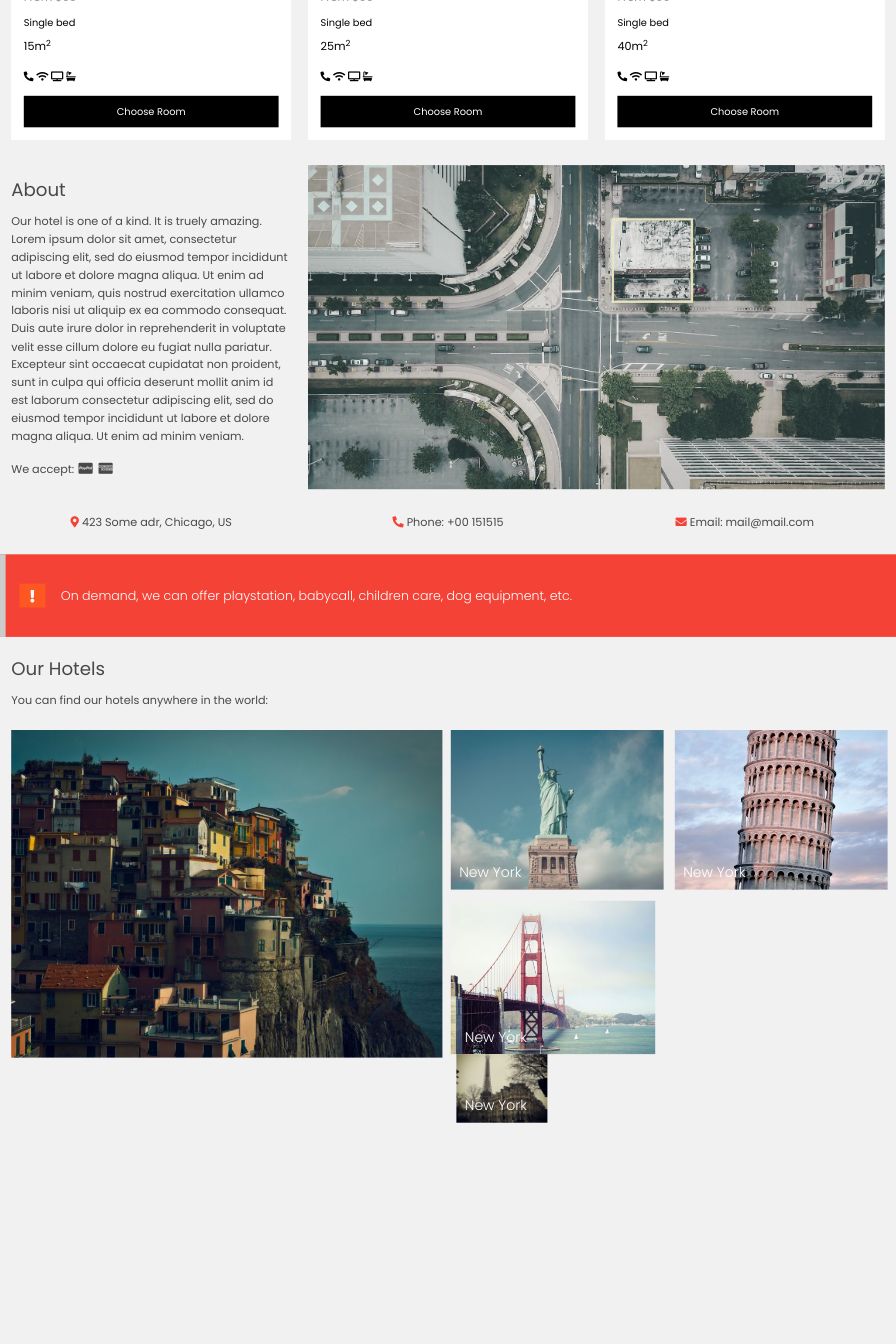
Repository: phamhuuloc/Travel_Template
Page: index.html
The author's editor kept a copy of each file at every save. The page is drawn from the files as they stood at one save, then again after the next save.
The browser window is 1280 px wide. The pictures show the part of the page from y = 1317 to 3237 px (the page is 3237 px tall before and 3148 px after), at 70% of full size.
The style sheet was rebuilt from its Sass, Less or Tailwind sources for each picture, by a compiler version that may differ from the author's.

Above is the page before, as saved 2021-09-18 15:39:02.

### index.html
<!DOCTYPE html>
<html lang="en">
  <head>
    <meta charset="UTF-8" />
    <meta http-equiv="X-UA-Compatible" content="IE=edge" />
    <meta name="viewport" content="width=device-width, initial-scale=1.0" />
    <title>Document</title>
    <!-- FONT AWESOME -->
    <link
      rel="stylesheet"
      href="https://cdnjs.cloudflare.com/ajax/libs/font-awesome/5.15.4/css/all.min.css"
      integrity="sha512-1ycn6IcaQQ40/MKBW2W4Rhis/DbILU74C1vSrLJxCq57o941Ym01SwNsOMqvEBFlcgUa6xLiPY/NS5R+E6ztJQ=="
      crossorigin="anonymous"
      referrerpolicy="no-referrer"
    />
    <!-- GOOGLE FONT -->
    <link
      href="https://fonts.googleapis.com/css2?family=Poppins:wght@50;300;400&display=swap"
      rel="stylesheet"
    />
    <!-- CSS -->
    <link rel="stylesheet" href="./assets/resets.css" />
    <link rel="stylesheet" href="./assets/grid.css" />
    <link rel="stylesheet" href="./assets/main.css" />
  </head>
  <body>
    <div class="grids">
      <header class="header">
        <div class="logo">
          <i class="fas fa-bed logo__icon"></i>
          Logo
        </div>
        <div class="header__menu">
          <ul class="header__menu-list">
            <li class="header__menu-item">Rooms</li>
            <li class="header__menu-item">About</li>
            <li class="header__menu-item">Contact</li>
          </ul>
          <button class="btn book-btn">Book Nows</button>
        </div>
      </header>
      <section class="intro">
        <img src="./assets/img/hotel.jpg" alt="" class="intro__img" />
        <form class="form-login">
          <div class="form-login__heading">
            <i class="fas fa-bed logo__icon intro-icon"></i>
            <h2 class="form-login__name">Hotel name</h2>
          </div>
          <div class="form-container">
            <div class="row">
              <div class="form__item col l-6">
                <label class="form__item-category">
                  <i class="far fa-calendar form__item-icon"></i>
                  Check Ins
                </label>
                <input
                  type="text"
                  class="form__item-input"
                  placeholder="DD MM YY"
                />
              </div>
              <div class="form__item col l-6">
                <label class="form__item-category">
                  <i class="far fa-calendar form__item-icon"></i>
                  Check Out
                </label>
                <input
                  type="text"
                  class="form__item-input"
                  placeholder="DD MM YY"
                />
              </div>
            </div>
            <div class="row">
              <div class="form__item col l-6">
                <label class="form__item-category">
                  <i class="fas fa-male form__item-icon"></i>
                  Adults
                </label>
                <input
                  type="number"
                  value="1"
                  min="1"
                  max="6"
                  class="form__item-input"
                />
              </div>
              <div class="form__item col l-6">
                <label class="form__item-category">
                  <i class="fas fa-child form__item-icon"></i>
                  Kids
                </label>
                <input
                  type="number"
                  value="0"
                  min="0"
                  max="6"
                  class="form__item-input"
                />
              </div>
            </div>
            <button class="search-btn">
              <i class="fas fa-search search-icon"></i>Search availability
            </button>
          </div>
        </form>
      </section>

      <section class="option-room">
        <div class="option-container">
          <h3 class="option-container__title">Rooms</h3>
          <span class="option-container__desc"
            >Make yourself at home is our slogan. We offer the best beds in the
            industry. Sleep well and rest well.</span
          >
          <!-- FORM LOGIN  -->
          <div class="form-container option-container__form">
            <div class="row">
              <div class="form__item col l-3">
                <label class="form__item-category">
                  <i class="far fa-calendar form__item-icon"></i>
                  Check Ins
                </label>
                <input
                  type="text"
                  class="form__item-input"
                  placeholder="DD MM YY"
                />
              </div>
              <div class="form__item col l-3">
                <label class="form__item-category">
                  <i class="far fa-calendar form__item-icon"></i>
                  Check Out
                </label>
                <input
                  type="text"
                  class="form__item-input"
                  placeholder="DD MM YY"
                />
              </div>
              <div class="form__item col l-2">
                <label class="form__item-category">
                  <i class="fas fa-male form__item-icon"></i>
                  Adults
                </label>
                <input
                  type="number"
                  value="1"
                  min="1"
                  max="6"
                  class="form__item-input"
                />
              </div>
              <div class="form__item col l-2">
                <label class="form__item-category">
                  <i class="fas fa-child form__item-icon"></i>
                  Kids
                </label>
                <input
                  type="number"
                  value="0"
                  min="0"
                  max="6"
                  class="form__item-input"
                />
              </div>
              <!-- BUTTON F0RM LOGIN -->
              <div class="form__item col l-2">
                <label class="form__item-category">
                  <i class="fas fa-search"></i> Search</label
                >
                <button class="search-btn search-btn--full">Search</button>
              </div>
            </div>
          </div>
          <div class="category-room">
            <ul class="category-room__list row">
              <li class="category-room__item col l-4">
                <img
                  src="./assets/img/room_single.jpg"
                  alt=""
                  class="category-room__img"
                />
                <div class="category-room__details">
                  <h3 class="category-room__title">Single Room</h3>
                  <span class="category-room__price">From $99</span>
                  <span class="category-room__charac">Single bed</span>
                  <span class="category-room__area">15m<sup>2</sup></span>
                  <span class="category-room__function">
                    <i class="fas fa-phone-alt"></i>
                    <i class="fas fa-wifi"></i>
                    <i class="fas fa-tv"></i>
                    <i class="fas fa-bath"></i>
                  </span>
                  <button class="btn btn-choose">Choose Room</button>
                </div>
              </li>
              <li class="category-room__item col l-4">
                <img
                  src="./assets/img/room_double.jpg"
                  alt=""
                  class="category-room__img"
                />
                <div class="category-room__details">
                  <h3 class="category-room__title">Double Room</h3>
                  <span class="category-room__price">From $99</span>
                  <span class="category-room__charac">Single bed</span>
                  <span class="category-room__area">25m<sup>2</sup></span>
                  <span class="category-room__function">
                    <i class="fas fa-phone-alt"></i>
                    <i class="fas fa-wifi"></i>
                    <i class="fas fa-tv"></i>
                    <i class="fas fa-bath"></i>
                  </span>
                  <button class="btn btn-choose">Choose Room</button>
                </div>
              </li>
              <li class="category-room__item col l-4">
                <img
                  src="./assets/img/room_deluxe.jpg"
                  alt=""
                  class="category-room__img"
                />
                <div class="category-room__details">
                  <h3 class="category-room__title">Deluxe Room</h3>
                  <span class="category-room__price">From $99</span>
                  <span class="category-room__charac">Single bed</span>
                  <span class="category-room__area">40m<sup>2</sup></span>
                  <span class="category-room__function">
                    <i class="fas fa-phone-alt"></i>
                    <i class="fas fa-wifi"></i>
                    <i class="fas fa-tv"></i>
                    <i class="fas fa-bath"></i>
                  </span>
                  <button class="btn btn-choose">Choose Room</button>
                </div>
              </li>
            </ul>
          </div>
        </div>
      </section>
      <section class="local">
        <div class="row">
          <div class="local__container col l-4">
            <h4 class="local__title">About</h4>
            <p class="local__detail">
              Our hotel is one of a kind. It is truely amazing. Lorem ipsum
              dolor sit amet, consectetur adipiscing elit, sed do eiusmod tempor
              incididunt ut labore et dolore magna aliqua. Ut enim ad minim
              veniam, quis nostrud exercitation ullamco laboris nisi ut aliquip
              ex ea commodo consequat. Duis aute irure dolor in reprehenderit in
              voluptate velit esse cillum dolore eu fugiat nulla pariatur.
              Excepteur sint occaecat cupidatat non proident, sunt in culpa qui
              officia deserunt mollit anim id est laborum consectetur adipiscing
              elit, sed do eiusmod tempor incididunt ut labore et dolore magna
              aliqua. Ut enim ad minim veniam.
            </p>
            <p class="local__payment-methods">
              We accept:
              <i class="fab fa-cc-paypal local__payment-icon"></i>
              <i class="fab fa-cc-amex local__payment-icon"></i>
            </p>
          </div>
          <img src="./assets/img/map.jpg" alt="" class="col l-8 local__img" />
        </div>
        <div class="local__contact row">
          <div class="local__contact-item col l-4">
            <i class="fas fa-map-marker-alt local__contact-icon"></i>
            423 Some adr, Chicago, US
          </div>
          <div class="local__contact-item col l-4">
            <i class="fas fa-phone-alt local__contact-icon"></i>
            Phone: +00 151515
          </div>
          <div class="local__contact-item col l-4">
            <i class="fas fa-envelope local__contact-icon"></i>
            Email: mail@mail.com
          </div>
        </div>
      </section>
      <div class="demand">
        <i class="fas fa-exclamation demand__icon"></i>
        <p class="demand__desc">
          On demand, we can offer playstation, babycall, children care, dog
          equipment, etc.
        </p>
      </div>
      <section class="our-hotels">
        <h3 class="our-hotels__title">Our Hotels</h3>
        <p class="our-hotels__desc">
          You can find our hotels anywhere in the world:
        </p>
        <div class="row sm-gutter">
          <div class="col l-6">
            <img
              src="./assets/img/cinqueterre.jpg"
              alt=""
              class="our-hotel__img"
            />
          </div>
          <div class="col l-6">
            <div class="our-hotel__extend">
              <div class="row our-hotels__extend-item">
                <div class="our-hotels__container col l-6">
                  <img src="./assets/img/newyork2.jpg" alt="" class="" />
                  <span class="our-hotels__container-name">New York</span>
                </div>
                <div class="our-hotels__container col l-6">
                  <img src="./assets/img/pisa.jpg" alt="" class="" />
                  <span class="our-hotels__container-name">New York</span>
                </div>
              </div>
              <div class="row our-hotels__extend-item col l-6">
                <div class="our-hotels__container">
                  <img src="./assets/img/sanfran.jpg" alt="" class="" />
                  <span class="our-hotels__container-name">New York</span>
                </div>
                <div class="our-hotels__container col l-6">
                  <img src="./assets/img/paris.jpg" alt="" class="" />
                  <span class="our-hotels__container-name">New York</span>
                </div>
              </div>
            </div>
          </div>
        </div>
      </section>
    </div>
  </body>
</html>

### assets/grid.css
.grid {
  width: 100%;
  padding: 0;
}
.grid.wide {
  max-width: 1200px;

  margin: 0 auto;
}
.row {
  display: flex;
  flex-wrap: wrap;
  margin-left: -4px;
  margin-right: -4px;
}
.row.no-gutters {
  margin-left: 0;
  margin-right: 0;
}
.col {
  padding-left: 4px;
  padding-right: 4px;
}
.row.no-gutters .col {
  margin-left: 0;
  margin-right: 0;
}

.c-0 {
  display: none;
}

.c-1 {
  flex: 0 0 8.33333%;
  max-width: 8.33333%;
}

.c-2 {
  flex: 0 0 16.66667%;
  max-width: 16.66667%;
}

.c-3 {
  flex: 0 0 25%;
  max-width: 25%;
}

.c-4 {
  flex: 0 0 33.33333%;
  max-width: 33.33333%;
}

.c-5 {
  flex: 0 0 41.66667%;
  max-width: 41.66667%;
}

.c-6 {
  flex: 0 0 50%;
  max-width: 50%;
}

.c-7 {
  flex: 0 0 58.33333%;
  max-width: 58.33333%;
}

.c-8 {
  flex: 0 0 66.66667%;
  max-width: 66.66667%;
}

.c-9 {
  flex: 0 0 75%;
  max-width: 75%;
}

.c-10 {
  flex: 0 0 83.33333%;
  max-width: 83.33333%;
}

.c-11 {
  flex: 0 0 91.66667%;
  max-width: 91.66667%;
}

.c-12 {
  flex: 0 0 100%;
  max-width: 100%;
}

.c-o-1 {
  margin-left: 8.33333%;
}

.c-o-2 {
  margin-left: 16.66667%;
}

.c-o-3 {
  margin-left: 25%;
}

.c-o-4 {
  margin-left: 33.33333%;
}

.c-o-5 {
  margin-left: 41.66667%;
}

.c-o-6 {
  margin-left: 50%;
}

.c-o-7 {
  margin-left: 58.33333%;
}

.c-o-8 {
  margin-left: 66.66667%;
}

.c-o-9 {
  margin-left: 75%;
}

.c-o-10 {
  margin-left: 83.33333%;
}

.c-o-11 {
  margin-left: 91.66667%;
}
/* TABLET */
@media (min-width: 740px) {
  .row {
    margin-left: -8px;
    margin-right: -8px;
  }
  .col {
    padding-right: 8px;
    padding-left: 8px;
  }
  .m-0 {
    display: none;
  }
  .m-1,
  .m-2,
  .m-3,
  .m-4,
  .m-5,
  .m-6,
  .m-7,
  .m-8,
  .m-9,
  .m-10,
  .m-11,
  .m-12 {
    display: block;
  }

  .m-1 {
    flex: 0 0 8.33333%;
    max-width: 8.33333%;
  }

  .m-2 {
    flex: 0 0 16.66667%;
    max-width: 16.66667%;
  }

  .m-3 {
    flex: 0 0 25%;
    max-width: 25%;
  }

  .m-4 {
    flex: 0 0 33.33333%;
    max-width: 33.33333%;
  }

  .m-5 {
    flex: 0 0 41.66667%;
    max-width: 41.66667%;
  }

  .m-6 {
    flex: 0 0 50%;
    max-width: 50%;
  }

  .m-7 {
    flex: 0 0 58.33333%;
    max-width: 58.33333%;
  }

  .m-8 {
    flex: 0 0 66.66667%;
    max-width: 66.66667%;
  }

  .m-9 {
    flex: 0 0 75%;
    max-width: 75%;
  }

  .m-10 {
    flex: 0 0 83.33333%;
    max-width: 83.33333%;
  }

  .m-11 {
    flex: 0 0 91.66667%;
    max-width: 91.66667%;
  }

  .m-12 {
    flex: 0 0 100%;
    max-width: 100%;
  }

  .m-o-1 {
    margin-left: 8.33333%;
  }

  .m-o-2 {
    margin-left: 16.66667%;
  }

  .m-o-3 {
    margin-left: 25%;
  }

  .m-o-4 {
    margin-left: 33.33333%;
  }

  .m-o-5 {
    margin-left: 41.66667%;
  }

  .m-o-6 {
    margin-left: 50%;
  }

  .m-o-7 {
    margin-left: 58.33333%;
  }

  .m-o-8 {
    margin-left: 66.66667%;
  }

  .m-o-9 {
    margin-left: 75%;
  }

  .m-o-10 {
    margin-left: 83.33333%;
  }

  .m-o-11 {
    margin-left: 91.66667%;
  }
}
/* PC MEDIUM RESOLUTION */
@media (min-width: 1113px) {
  .row {
    margin-left: -12px;
    margin-right: -12px;
  }
  .row.sm-gutter {
    margin-left: -8px;
    margin-right: -8px;
  }
  .col {
    padding-left: 12px;
    padding-right: 12px;
  }
  .row.sm-gutter .col {
    padding-left: 8px;
    padding-right: 8px;
  }
  .l-0 {
    display: none;
  }

  .l-1,
  .l-2,
  .l-2-4,
  .l-3,
  .l-4,
  .l-5,
  .l-6,
  .l-7,
  .l-8,
  .l-9,
  .l-10,
  .l-11,
  .l-12 {
    display: block;
  }

  .l-1 {
    flex: 0 0 8.33333%;
    max-width: 8.33333%;
  }

  .l-2 {
    flex: 0 0 16.66667%;
    max-width: 16.66667%;
  }

  .l-2-4 {
    flex: 0 0 20%;
    max-width: 20%;
  }

  .l-3 {
    flex: 0 0 25%;
    max-width: 25%;
  }

  .l-4 {
    flex: 0 0 33.33333%;
    max-width: 33.33333%;
  }

  .l-5 {
    flex: 0 0 41.66667%;
    max-width: 41.66667%;
  }

  .l-6 {
    flex: 0 0 50%;
    max-width: 50%;
  }

  .l-7 {
    flex: 0 0 58.33333%;
    max-width: 58.33333%;
  }

  .l-8 {
    flex: 0 0 66.66667%;
    max-width: 66.66667%;
  }

  .l-9 {
    flex: 0 0 75%;
    max-width: 75%;
  }

  .l-10 {
    flex: 0 0 83.33333%;
    max-width: 83.33333%;
  }

  .l-11 {
    flex: 0 0 91.66667%;
    max-width: 91.66667%;
  }

  .l-12 {
    flex: 0 0 100%;
    max-width: 100%;
  }

  .l-o-1 {
    margin-left: 8.33333%;
  }

  .l-o-2 {
    margin-left: 16.66667%;
  }

  .l-o-3 {
    margin-left: 25%;
  }

  .l-o-4 {
    margin-left: 33.33333%;
  }

  .l-o-5 {
    margin-left: 41.66667%;
  }

  .l-o-6 {
    margin-left: 50%;
  }

  .l-o-7 {
    margin-left: 58.33333%;
  }

  .l-o-8 {
    margin-left: 66.66667%;
  }

  .l-o-9 {
    margin-left: 75%;
  }

  .l-o-10 {
    margin-left: 83.33333%;
  }

  .l-o-11 {
    margin-left: 91.66667%;
  }
}
/* TABLET AND PC */
@media (min-width: 740px) and (max-width: 1023px) {
  .wide {
    width: 644px;
  }
}
/* > PC  LOW RESOLUTION */
@media (min-width: 1024px) and (max-width: 1239px) {
  .wide {
    width: 984px;
  }
}
.form__item {
  display: flex;
  flex-direction: column;
}

Loaded but not shown: assets/resets.css (common file); assets/main.scss (324 lines, source omitted)

After the next save:
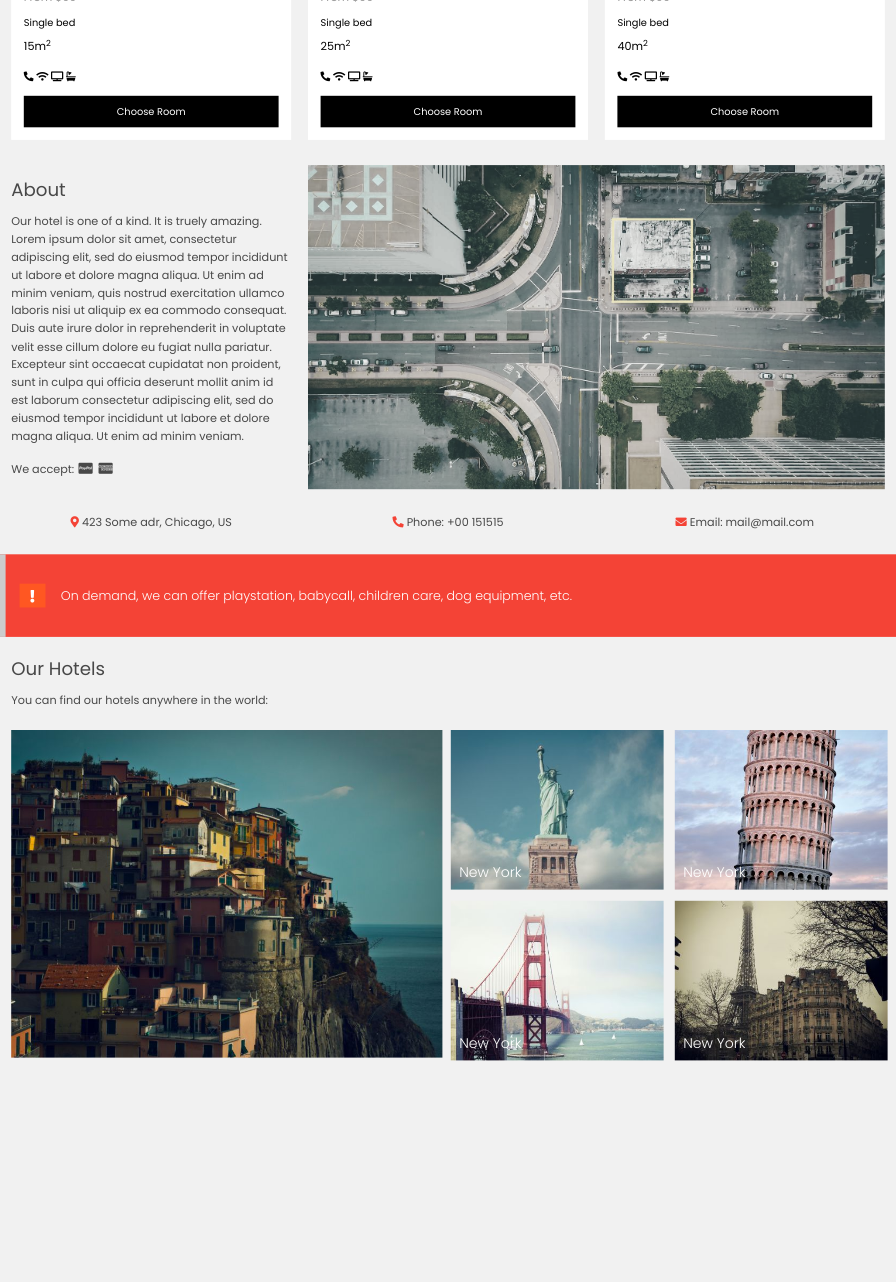
Saved 99 s later.
--- a/index.html
+++ b/index.html
@@ -310,8 +310,8 @@
                   <span class="our-hotels__container-name">New York</span>
                 </div>
               </div>
-              <div class="row our-hotels__extend-item col l-6">
-                <div class="our-hotels__container">
+              <div class="row our-hotels__extend-item">
+                <div class="our-hotels__container col l-6">
                   <img src="./assets/img/sanfran.jpg" alt="" class="" />
                   <span class="our-hotels__container-name">New York</span>
                 </div>
